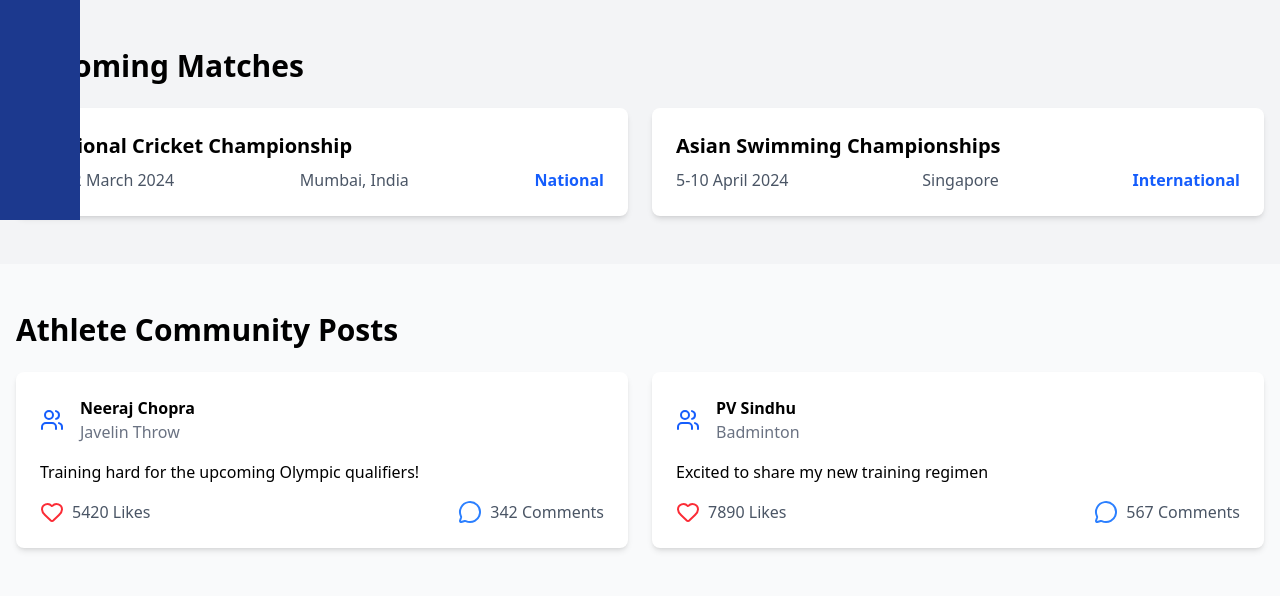
Repository: Shovon0004/Athlete
Page: / (app in Athlete/)
These files come from the project's save history. The page is drawn as it stood at one moment and after the next save; the edit follows.
The browser window is 1280 px wide. The pictures show the part of the page from y = 500 to 1096 px (the page is 1096 px tall).
The project was rebuilt for these pictures with package versions that can differ from the ones it lists, and the page was loaded fresh each time. Also part of the build but not shown: Athlete/vite.config.js.

Above is the page before, as saved 2025-01-26 09:07:44.

After the next save:
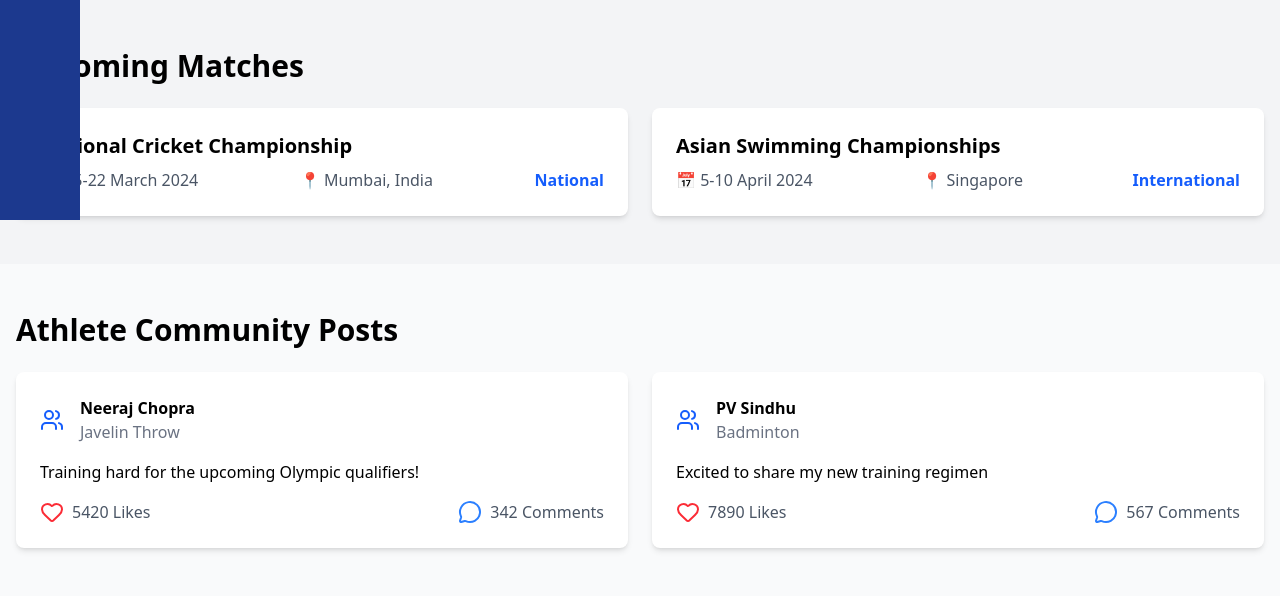
Saved 5 min 27 s later.
--- a/Athlete/src/components/HeroPage.jsx
+++ b/Athlete/src/components/HeroPage.jsx
@@ -2,13 +2,11 @@
 import {
   ChevronLeft,
   ChevronRight,
-  Award,
-  Trophy,
-  Globe,
   Users,
   Heart,
   MessageCircle
 } from 'lucide-react';
+import { motion } from 'framer-motion';
 
 const HeroPage = () => {
   const [currentSchemeSlide, setCurrentSchemeSlide] = useState(0);
@@ -91,10 +89,11 @@
       {/* Government Schemes Slider */}
       <section className="relative w-full h-[500px] overflow-hidden">
         {governmentSchemes.map((scheme, index) => (
-          <div
+          <motion.div
             key={index}
-            className={`absolute inset-0 transition-opacity duration-500
-              ${currentSchemeSlide === index ? 'opacity-100' : 'opacity-0'}`}
+            initial={{ opacity: 0 }}
+            animate={{ opacity: currentSchemeSlide === index ? 1 : 0 }}
+            className="absolute inset-0 transition-opacity duration-500"
           >
             <div
               className="absolute inset-0 bg-cover bg-center filter brightness-50"
@@ -103,8 +102,8 @@
 
             <div className="relative z-10 flex items-center justify-center h-full text-white px-8">
               <div className="max-w-xl text-center">
-                <h2 className="text-4xl font-bold mb-4">{scheme.title}</h2>
-                <p className="text-xl mb-6">{scheme.description}</p>
+                <h2 className="text-4xl font-extrabold mb-4 drop-shadow-lg">{scheme.title}</h2>
+                <p className="text-xl mb-6 drop-shadow-md">{scheme.description}</p>
 
                 <ul className="space-y-2 text-left bg-black/50 p-6 rounded-lg">
                   {scheme.details.map((detail, detailIndex) => (
@@ -116,19 +115,19 @@
                 </ul>
               </div>
             </div>
-          </div>
+          </motion.div>
         ))}
 
         {/* Navigation Buttons */}
         <button
           onClick={prevSchemeSlide}
-          className="absolute left-4 top-1/2 -translate-y-1/2 bg-white/20 p-2 rounded-full"
+          className="absolute left-4 top-1/2 -translate-y-1/2 bg-white/20 p-2 rounded-full hover:bg-white/40"
         >
           <ChevronLeft className="text-white" />
         </button>
         <button
           onClick={nextSchemeSlide}
-          className="absolute right-4 top-1/2 -translate-y-1/2 bg-white/20 p-2 rounded-full"
+          className="absolute right-4 top-1/2 -translate-y-1/2 bg-white/20 p-2 rounded-full hover:bg-white/40"
         >
           <ChevronRight className="text-white" />
         </button>
@@ -139,8 +138,8 @@
             <button
               key={index}
               onClick={() => setCurrentSchemeSlide(index)}
-              className={`w-3 h-3 rounded-full
-                ${currentSchemeSlide === index ? 'bg-white' : 'bg-white/50'}`}
+              className={`w-3 h-3 rounded-full transition-all duration-300
+                ${currentSchemeSlide === index ? 'bg-white scale-110' : 'bg-white/50'}`}
             />
           ))}
         </div>
@@ -148,27 +147,35 @@
 
       {/* Upcoming Matches Section */}
       <section className="container mx-auto px-4 py-12">
-        <h2 className="text-3xl font-bold mb-6">Upcoming Matches</h2>
+        <h2 className="text-3xl font-extrabold mb-6">Upcoming Matches</h2>
         <div className="grid md:grid-cols-2 gap-6">
           {upcomingMatches.map((match, index) => (
-            <div key={index} className="bg-white p-6 rounded-lg shadow-md hover:shadow-xl transition-shadow">
+            <motion.div
+              key={index}
+              className="bg-white p-6 rounded-lg shadow-md hover:shadow-xl transition-shadow"
+              whileHover={{ scale: 1.05 }}
+            >
               <h3 className="text-xl font-semibold mb-2">{match.title}</h3>
               <div className="flex justify-between text-gray-600">
-                <span>{match.date}</span>
-                <span>{match.location}</span>
+                <span>📅 {match.date}</span>
+                <span>📍 {match.location}</span>
                 <span className="font-bold text-blue-600">{match.type}</span>
               </div>
-            </div>
+            </motion.div>
           ))}
         </div>
       </section>
 
       {/* Athlete Community Posts Section */}
       <section className="container mx-auto px-4 py-12 bg-gray-50">
-        <h2 className="text-3xl font-bold mb-6">Athlete Community Posts</h2>
+        <h2 className="text-3xl font-extrabold mb-6">Athlete Community Posts</h2>
         <div className="grid md:grid-cols-2 gap-6">
           {athletePosts.map((post, index) => (
-            <div key={index} className="bg-white p-6 rounded-lg shadow-md hover:shadow-xl transition-shadow">
+            <motion.div
+              key={index}
+              className="bg-white p-6 rounded-lg shadow-md hover:shadow-xl transition-shadow"
+              whileHover={{ scale: 1.05 }}
+            >
               <div className="flex items-center mb-4">
                 <Users className="mr-4 text-blue-600" />
                 <div>
@@ -185,7 +192,7 @@
                   <MessageCircle className="mr-2 text-blue-500" /> {post.comments} Comments
                 </span>
               </div>
-            </div>
+            </motion.div>
           ))}
         </div>
       </section>
